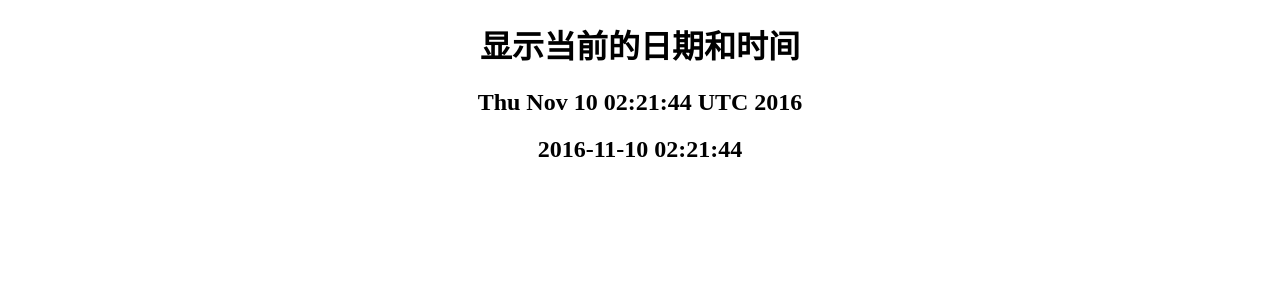
Repository: eterinfi/java
Page: http://localhost/JSPDemo/CurrentDate.jsp
The author's editor kept a copy of each file at every save. The page is drawn from the files as they stood at one save, then again after the next save.
The browser window is 1280 px wide. The pictures show the whole page.
The page is served by Tomcat 9. Other server files are loaded and not shown.

Above is the page before, as saved 2016-11-15 08:31:10.

### jee/JSPDemo/WebContent/CurrentDate.jsp
<!DOCTYPE html>
<%@ page language="java" contentType="text/html; charset=UTF-8"
    pageEncoding="UTF-8"%>
<%@ page import="java.io.*, java.util.*, javax.servlet.*, java.text.*" %>
<html>
<head>
  <meta http-equiv="Content-Type" content="text/html; charset=utf-8">
  <title>显示当前的日期和时间</title>
</head>
<body>
  <h1 align="center">显示当前的日期和时间</h1>
  <%
    Date date = new Date();
    SimpleDateFormat ft = new SimpleDateFormat ("yyyy-MM-dd HH:mm:ss");
    out.print("<h2 align=\"center\">" + date.toString() + "</h2>");
    out.print("<h2 align=\"center\">" + ft.format(date) + "</h2>");
  %>
</body>
</html>

After the next save:
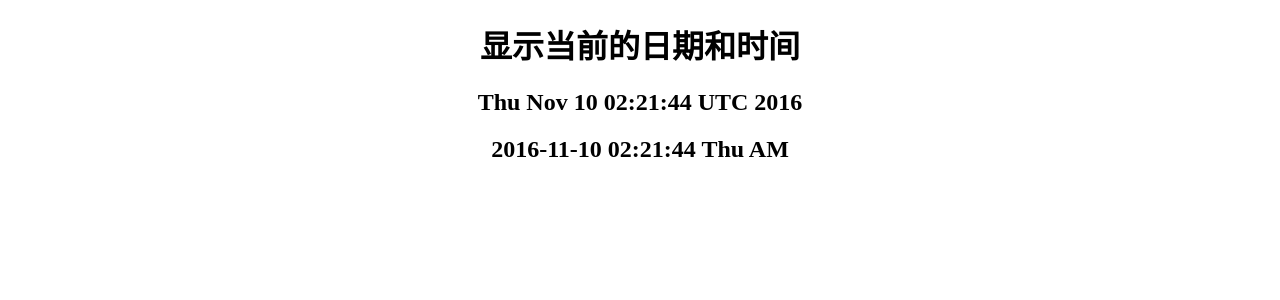
Saved 64 s later.
--- a/jee/JSPDemo/WebContent/CurrentDate.jsp
+++ b/jee/JSPDemo/WebContent/CurrentDate.jsp
@@ -11,7 +11,7 @@
   <h1 align="center">显示当前的日期和时间</h1>
   <%
     Date date = new Date();
-    SimpleDateFormat ft = new SimpleDateFormat ("yyyy-MM-dd HH:mm:ss");
+    SimpleDateFormat ft = new SimpleDateFormat ("yyyy-MM-dd HH:mm:ss E a");
     out.print("<h2 align=\"center\">" + date.toString() + "</h2>");
     out.print("<h2 align=\"center\">" + ft.format(date) + "</h2>");
   %>
